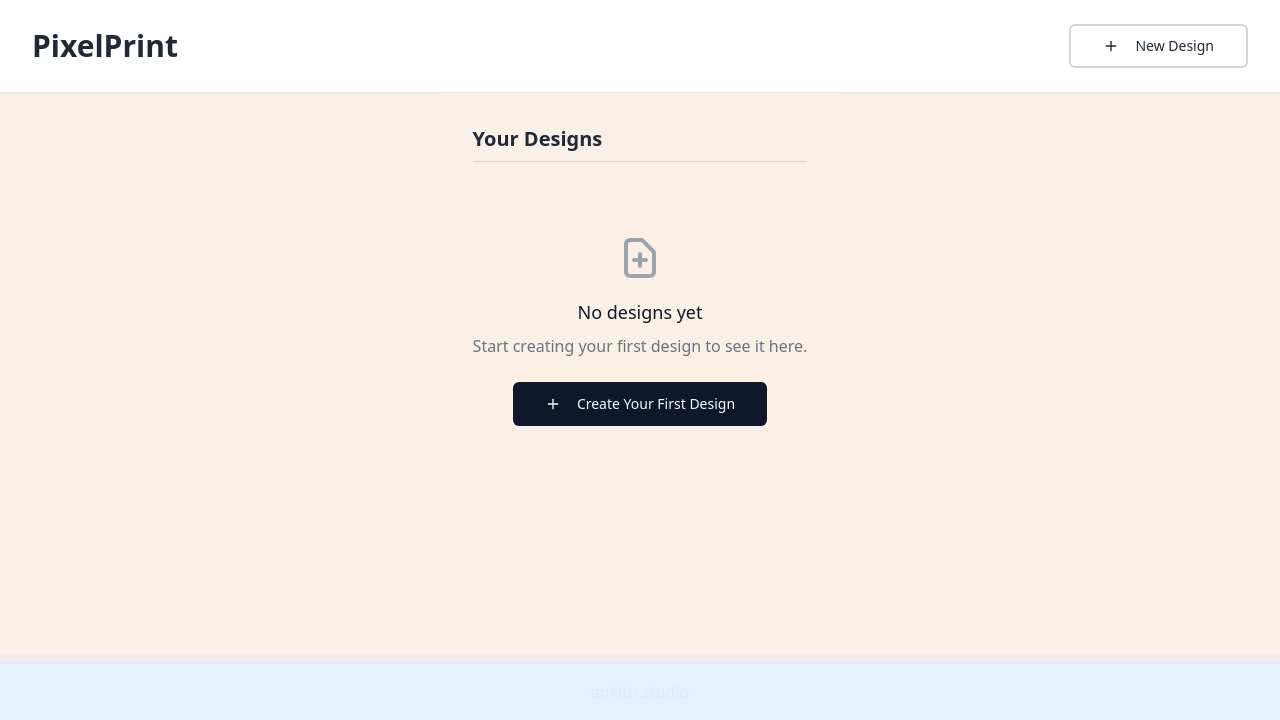
Repository: notankith/pixelprintv3
Page: /
The author's editor kept a copy of each file at every save. The page is drawn from the files as they stood at one save, then again after the next save.
The browser window is 1280 px wide. The pictures show the whole page.
The page's requests for data from a server got no answer. The project was rebuilt for these pictures with package versions that can differ from the ones it lists, and the page was loaded fresh each time. No one was signed in, and anything a server would have sent is missing. Also part of the build but not shown: vite.config.ts, src/components/ui/tooltip.tsx, src/components/ui/badge.tsx, src/components/canvas/CanvasEditor.tsx, src/components/ui/input.tsx, src/components/ui/label.tsx, src/components/ui/select.tsx, src/components/ui/checkbox.tsx and 5 more.

Above is the page before, as saved 2025-09-06 14:36:09.

### index.html
<!DOCTYPE html>
<html lang="en">
  <head>
    <meta charset="UTF-8" />
    <meta name="viewport" content="width=device-width, initial-scale=1.0" />
    <title>pixelprint-designer</title>
    <meta name="description" content="Lovable Generated Project" />
    <meta name="author" content="Lovable" />

    <meta property="og:title" content="pixelprint-designer" />
    <meta property="og:description" content="Lovable Generated Project" />
    <meta property="og:type" content="website" />
    <meta property="og:image" content="https://lovable.dev/opengraph-image-p98pqg.png" />

    <meta name="twitter:card" content="summary_large_image" />
    <meta name="twitter:site" content="@lovable_dev" />
    <meta name="twitter:image" content="https://lovable.dev/opengraph-image-p98pqg.png" />
  </head>

  <body>
    <div id="root"></div>
    <script type="module" src="/src/main.tsx"></script>
  </body>
</html>

### src/components/ui/toaster.tsx
import { useToast } from "@/hooks/use-toast"
import {
  Toast,
  ToastClose,
  ToastDescription,
  ToastProvider,
  ToastTitle,
  ToastViewport,
} from "@/components/ui/toast"

export function Toaster() {
  const { toasts } = useToast()

  return (
    <ToastProvider>
      {toasts.map(function ({ id, title, description, action, ...props }) {
        return (
          <Toast key={id} {...props}>
            <div className="grid gap-1">
              {title && <ToastTitle>{title}</ToastTitle>}
              {description && (
                <ToastDescription>{description}</ToastDescription>
              )}
            </div>
            {action}
            <ToastClose />
          </Toast>
        )
      })}
      <ToastViewport />
    </ToastProvider>
  )
}

### src/components/ui/sonner.tsx
import { useTheme } from "next-themes"
import { Toaster as Sonner, toast } from "sonner"

type ToasterProps = React.ComponentProps<typeof Sonner>

const Toaster = ({ ...props }: ToasterProps) => {
  const { theme = "system" } = useTheme()

  return (
    <Sonner
      theme={theme as ToasterProps["theme"]}
      className="toaster group"
      toastOptions={{
        classNames: {
          toast:
            "group toast group-[.toaster]:bg-background group-[.toaster]:text-foreground group-[.toaster]:border-border group-[.toaster]:shadow-lg",
          description: "group-[.toast]:text-muted-foreground",
          actionButton:
            "group-[.toast]:bg-primary group-[.toast]:text-primary-foreground",
          cancelButton:
            "group-[.toast]:bg-muted group-[.toast]:text-muted-foreground",
        },
      }}
      {...props}
    />
  )
}

export { Toaster, toast }

### src/pages/Index.tsx
import AppContainer from '@/components/AppContainer';

const Index = () => {
  return <AppContainer />;
};

export default Index;

### src/components/AppContainer.tsx
import React, { useState } from 'react';
import { Dashboard } from '@/components/Dashboard';
import { StickerDesigner } from '@/components/StickerDesigner';
import { Design } from '@/components/StickerDesigner';

type View = 'dashboard' | 'editor';

const AppContainer: React.FC = () => {
  const [currentView, setCurrentView] = useState<View>('dashboard');
  const [currentDesign, setCurrentDesign] = useState<Design | undefined>();

  const handleNavigateToEditor = (design?: Design) => {
    setCurrentDesign(design);
    setCurrentView('editor');
  };

  const handleNavigateToDashboard = () => {
    setCurrentView('dashboard');
    setCurrentDesign(undefined);
  };

  return (
    <div className="w-full h-full">
      {currentView === 'dashboard' ? (
        <Dashboard onNavigateToEditor={handleNavigateToEditor} />
      ) : (
        <StickerDesigner
          initialDesign={currentDesign}
          onNavigateBack={handleNavigateToDashboard}
        />
      )}
    </div>
  );
};

export default AppContainer;

### src/components/Dashboard.tsx
import React, { useState, useEffect } from 'react';
import { Button } from '@/components/ui/button';
import { Card, CardContent, CardHeader, CardTitle } from '@/components/ui/card';
import { Badge } from '@/components/ui/badge';
import { Separator } from '@/components/ui/separator';
import { Edit, Trash2, Printer, Plus, ExternalLink, RefreshCw } from 'lucide-react';
import { supabase } from '@/integrations/supabase/client';
import { toast } from 'sonner';
import { Design, DesignElement } from './StickerDesigner';
import { generateCanvasThumbnail, printDesign } from '@/utils/canvasUtils';
import { simplePrintDesign } from '@/utils/simplePrint';

interface DashboardProps {
  onNavigateToEditor: (design?: Design) => void;
}

interface SavedDesign extends Design {
  thumbnail?: string;
  created_at?: string;
  updated_at?: string;
}

export const Dashboard: React.FC<DashboardProps> = ({ onNavigateToEditor }) => {
  const [designs, setDesigns] = useState<SavedDesign[]>([]);
  const [isLoading, setIsLoading] = useState(true);
  const [generatingThumbnails, setGeneratingThumbnails] = useState<Set<string>>(new Set());

  // Load designs on component mount
  useEffect(() => {
    loadDesigns();
  }, []);

  const loadDesigns = async () => {
    try {
      setIsLoading(true);
      const { data, error } = await supabase
        .from('designs')
        .select('*')
        .order('created_at', { ascending: false });

      if (error) throw error;

      const formattedDesigns: SavedDesign[] = data.map(d => ({
        id: d.id,
        name: d.name,
        canvasWidth: d.canvas_width,
        canvasHeight: d.canvas_height,
        elements: Array.isArray(d.elements) ? (d.elements as unknown as DesignElement[]) : [],
        thumbnail: d.thumbnail_url,
        created_at: d.created_at,
        updated_at: d.updated_at,
      }));

      setDesigns(formattedDesigns);
    } catch (error) {
      console.error('Error loading designs:', error);
      toast.error('Failed to load designs');
    } finally {
      setIsLoading(false);
    }
  };

  const handleEdit = (design: SavedDesign) => {
    onNavigateToEditor(design);
  };

  const handleDelete = async (designId: string, designName: string) => {
    if (!window.confirm(`Are you sure you want to delete "${designName}"?`)) {
      return;
    }

    try {
      const { error } = await supabase
        .from('designs')
        .delete()
        .eq('id', designId);

      if (error) throw error;

      setDesigns(prev => prev.filter(d => d.id !== designId));
      toast.success('Design deleted successfully');
    } catch (error) {
      console.error('Error deleting design:', error);
      toast.error('Failed to delete design');
    }
  };

  const handleQuickPrint = async (design: SavedDesign) => {
    try {
      console.log('🖨️ Quick Print requested for design:', design.id);
      console.log('📋 Design data:', {
        name: design.name,
        canvasWidth: design.canvasWidth,
        canvasHeight: design.canvasHeight,
        elementsCount: design.elements?.length || 0
      });

      // Use the simple print function for testing
      await simplePrintDesign(design);
      console.log('✅ Print completed successfully');

    } catch (error) {
      console.error('❌ Error with Quick Print:', error);
      toast.error(error.message || 'Failed to print. Please try again.');
    }
  };

  const generateNewThumbnail = async (design: SavedDesign) => {
    if (generatingThumbnails.has(design.id)) return;

    setGeneratingThumbnails(prev => new Set(prev).add(design.id));

    try {
      const thumbnailDataURL = await generateCanvasThumbnail(design);

      // Update the design with the generated thumbnail
      setDesigns(prev => prev.map(d =>
        d.id === design.id ? { ...d, thumbnail: thumbnailDataURL } : d
      ));

      // Optionally save thumbnail to database
      await supabase
        .from('designs')
        .update({ thumbnail_url: thumbnailDataURL })
        .eq('id', design.id);

    } catch (error) {
      console.error('Error generating thumbnail:', error);
    } finally {
      setGeneratingThumbnails(prev => {
        const next = new Set(prev);
        next.delete(design.id);
        return next;
      });
    }
  };

  const renderThumbnail = (design: SavedDesign) => {
    const isGenerating = generatingThumbnails.has(design.id);

    // Always use the saved thumbnail_url if available
    if (design.thumbnail) {
      return (
        <div className="relative">
          <div className="w-full h-40 bg-pastel-pink rounded-md border-2 border-pastel-purple overflow-hidden">
            <img
              src={design.thumbnail}
              alt={design.name}
              className="w-full h-full object-contain"
              style={{
                imageRendering: 'crisp-edges'
              }}
            />
          </div>
          <Button
            variant="ghost"
            size="sm"
            onClick={() => generateNewThumbnail(design)}
            className="absolute top-1 right-1 h-6 w-6 p-0 bg-pastel-yellow hover:bg-pastel-blue border border-pastel-purple"
            disabled={isGenerating}
          >
            <RefreshCw className={`h-3 w-3 ${isGenerating ? 'animate-spin' : ''}`} />
          </Button>
        </div>
      );
    }

    // Create a simple thumbnail representation
    const elementCount = design.elements.length;
    const hasText = design.elements.some(e => e.type === 'text');
    const hasImage = design.elements.some(e => e.type === 'image');

    return (
      <div className="relative w-full h-40 bg-pastel-pink border-2 border-pastel-purple rounded-md flex flex-col items-center justify-center text-pastel-purple text-sm">
        <div className="font-medium">{design.canvasWidth} × {design.canvasHeight}</div>
        <div className="mt-1">
          {elementCount} element{elementCount !== 1 ? 's' : ''}
        </div>
        <div className="flex gap-1 mt-1">
          {hasText && <Badge variant="secondary" className="text-xs bg-pastel-blue text-pastel-purple">Text</Badge>}
          {hasImage && <Badge variant="secondary" className="text-xs bg-pastel-green text-pastel-purple">Image</Badge>}
        </div>
        <Button
          variant="outline"
          size="sm"
          onClick={() => generateNewThumbnail(design)}
          className="mt-2 h-6 text-xs border-2 border-pastel-purple bg-pastel-yellow text-pastel-purple hover:bg-pastel-blue"
          disabled={isGenerating}
        >
          {isGenerating ? (
            <>
              <RefreshCw className="h-3 w-3 animate-spin mr-1" />
              Generating...
            </>
          ) : (
            'Generate Preview'
          )}
        </Button>
      </div>
    );
  };

  const formatDate = (dateString?: string) => {
    if (!dateString) return 'Unknown';
    return new Date(dateString).toLocaleDateString('en-US', {
      year: 'numeric',
      month: 'short',
      day: 'numeric',
    });
  };

  return (
    <div className="min-h-screen flex flex-col" style={{ backgroundColor: '#faf0e6' }}>
      {/* Header */}
      <div className="bg-white shadow-sm border-b border-gray-200">
        <div className="max-w-7xl mx-auto px-4 sm:px-6 lg:px-8 py-6">
          <div className="flex flex-col sm:flex-row sm:items-center sm:justify-between">
            <div>
              <h1 className="text-3xl font-bold text-gray-800">PixelPrint</h1>
            </div>
            <Button
              onClick={() => onNavigateToEditor()}
              className="mt-4 sm:mt-0 bg-white hover:bg-gray-50 text-gray-800 border-2 border-gray-300"
              size="lg"
            >
              <Plus className="h-4 w-4 mr-2" />
              New Design
            </Button>
          </div>
        </div>
      </div>
      {/* Main Content */}
      <div className="max-w-7xl mx-auto px-4 sm:px-6 lg:px-8 py-8 flex-1" style={{ backgroundColor: '#faf0e6' }}>
        <div className="mb-6">
          <h2 className="text-xl font-semibold text-gray-800 mb-2">Your Designs</h2>
          <Separator className="bg-gray-300" />
        </div>

        {isLoading ? (
          <div className="grid grid-cols-1 md:grid-cols-2 lg:grid-cols-3 xl:grid-cols-4 gap-6">
            {[...Array(8)].map((_, i) => (
              <Card key={i} className="animate-pulse">
                <CardContent className="p-4">
                  <div className="w-full h-32 bg-gray-200 rounded-md mb-4"></div>
                  <div className="h-4 bg-gray-200 rounded mb-2"></div>
                  <div className="h-3 bg-gray-200 rounded w-2/3 mb-4"></div>
                  <div className="flex gap-2">
                    <div className="h-8 bg-gray-200 rounded flex-1"></div>
                    <div className="h-8 bg-gray-200 rounded w-8"></div>
                    <div className="h-8 bg-gray-200 rounded w-8"></div>
                  </div>
                </CardContent>
              </Card>
            ))}
          </div>
        ) : designs.length === 0 ? (
          <div className="text-center py-12">
            <div className="max-w-md mx-auto">
              <div className="mb-4 text-gray-400">
                <svg className="mx-auto h-12 w-12" fill="none" viewBox="0 0 24 24" stroke="currentColor">
                  <path strokeLinecap="round" strokeLinejoin="round" strokeWidth={2} d="M9 13h6m-3-3v6m5 5H7a2 2 0 01-2-2V5a2 2 0 012-2h5.586a1 1 0 01.707.293l5.414 5.414a1 1 0 01.293.707V19a2 2 0 01-2 2z" />
                </svg>
              </div>
              <h3 className="text-lg font-medium text-gray-900 mb-2">No designs yet</h3>
              <p className="text-gray-500 mb-6">Start creating your first design to see it here.</p>
              <Button onClick={() => onNavigateToEditor()} size="lg">
                <Plus className="h-4 w-4 mr-2" />
                Create Your First Design
              </Button>
            </div>
          </div>
        ) : (
          <div className="grid grid-cols-1 md:grid-cols-2 lg:grid-cols-3 xl:grid-cols-4 gap-6">
            {designs.map((design) => (
              <Card key={design.id} className="hover:shadow-lg transition-shadow duration-200 border-2 border-gray-200 bg-white">
                <CardHeader className="pb-3 bg-gray-50 rounded-t-md">
                  <div className="aspect-video">
                    {renderThumbnail(design)}
                  </div>
                </CardHeader>
                <CardContent className="pt-0 bg-white rounded-b-md">
                  <div className="mb-3">
                    <h3 className="font-medium text-gray-800 truncate" title={design.name}>
                      {design.name}
                    </h3>
                    <p className="text-sm text-gray-600 mt-1">
                      Modified {formatDate(design.updated_at)}
                    </p>
                  </div>
                  <div className="flex gap-2">
                    <Button
                      variant="default"
                      size="sm"
                      onClick={() => handleEdit(design)}
                      className="flex-1 bg-white hover:bg-gray-50 text-gray-800 border-2 border-gray-300"
                    >
                      <Edit className="h-3 w-3 mr-1" />
                      Edit
                    </Button>
                    <Button
                      variant="outline"
                      size="sm"
                      onClick={() => handleDelete(design.id, design.name)}
                      className="px-2 hover:bg-red-50 hover:border-red-200 border-2 border-gray-300 bg-white"
                    >
                      <Trash2 className="h-3 w-3 text-red-500" />
                    </Button>
                  </div>
                </CardContent>
              </Card>
            ))}
          </div>
        )}
      </div>
      {/* Footer separator and credits at the extreme bottom */}
      <div className="w-full h-2 bg-pastel-purple opacity-40 mt-8" />
      <footer className="w-full bg-pastel-blue text-center py-4 mt-0 border-t-2 border-pastel-purple">
        <a href="https://ankith.studio" target="_blank" rel="noopener noreferrer" className="text-pastel-purple font-medium hover:underline">
          ankith.studio
        </a>
      </footer>
    </div>
  );
};

### src/components/ui/button.tsx
import * as React from "react"
import { Slot } from "@radix-ui/react-slot"
import { cva, type VariantProps } from "class-variance-authority"

import { cn } from "@/lib/utils"

const buttonVariants = cva(
  "inline-flex items-center justify-center gap-2 whitespace-nowrap rounded-md text-sm font-medium ring-offset-background transition-colors focus-visible:outline-none focus-visible:ring-2 focus-visible:ring-ring focus-visible:ring-offset-2 disabled:pointer-events-none disabled:opacity-50 [&_svg]:pointer-events-none [&_svg]:size-4 [&_svg]:shrink-0",
  {
    variants: {
      variant: {
        default: "bg-primary text-primary-foreground hover:bg-primary/90",
        destructive:
          "bg-destructive text-destructive-foreground hover:bg-destructive/90",
        outline:
          "border border-input bg-background hover:bg-accent hover:text-accent-foreground",
        secondary:
          "bg-secondary text-secondary-foreground hover:bg-secondary/80",
        ghost: "hover:bg-accent hover:text-accent-foreground",
        link: "text-primary underline-offset-4 hover:underline",
      },
      size: {
        default: "h-10 px-4 py-2",
        sm: "h-9 rounded-md px-3",
        lg: "h-11 rounded-md px-8",
        icon: "h-10 w-10",
      },
    },
    defaultVariants: {
      variant: "default",
      size: "default",
    },
  }
)

export interface ButtonProps
  extends React.ButtonHTMLAttributes<HTMLButtonElement>,
    VariantProps<typeof buttonVariants> {
  asChild?: boolean
}

const Button = React.forwardRef<HTMLButtonElement, ButtonProps>(
  ({ className, variant, size, asChild = false, ...props }, ref) => {
    const Comp = asChild ? Slot : "button"
    return (
      <Comp
        className={cn(buttonVariants({ variant, size, className }))}
        ref={ref}
        {...props}
      />
    )
  }
)
Button.displayName = "Button"

export { Button, buttonVariants }

### src/components/ui/card.tsx
import * as React from "react"

import { cn } from "@/lib/utils"

const Card = React.forwardRef<
  HTMLDivElement,
  React.HTMLAttributes<HTMLDivElement>
>(({ className, ...props }, ref) => (
  <div
    ref={ref}
    className={cn(
      "rounded-lg border bg-card text-card-foreground shadow-sm",
      className
    )}
    {...props}
  />
))
Card.displayName = "Card"

const CardHeader = React.forwardRef<
  HTMLDivElement,
  React.HTMLAttributes<HTMLDivElement>
>(({ className, ...props }, ref) => (
  <div
    ref={ref}
    className={cn("flex flex-col space-y-1.5 p-6", className)}
    {...props}
  />
))
CardHeader.displayName = "CardHeader"

const CardTitle = React.forwardRef<
  HTMLParagraphElement,
  React.HTMLAttributes<HTMLHeadingElement>
>(({ className, ...props }, ref) => (
  <h3
    ref={ref}
    className={cn(
      "text-2xl font-semibold leading-none tracking-tight",
      className
    )}
    {...props}
  />
))
CardTitle.displayName = "CardTitle"

const CardDescription = React.forwardRef<
  HTMLParagraphElement,
  React.HTMLAttributes<HTMLParagraphElement>
>(({ className, ...props }, ref) => (
  <p
    ref={ref}
    className={cn("text-sm text-muted-foreground", className)}
    {...props}
  />
))
CardDescription.displayName = "CardDescription"

const CardContent = React.forwardRef<
  HTMLDivElement,
  React.HTMLAttributes<HTMLDivElement>
>(({ className, ...props }, ref) => (
  <div ref={ref} className={cn("p-6 pt-0", className)} {...props} />
))
CardContent.displayName = "CardContent"

const CardFooter = React.forwardRef<
  HTMLDivElement,
  React.HTMLAttributes<HTMLDivElement>
>(({ className, ...props }, ref) => (
  <div
    ref={ref}
    className={cn("flex items-center p-6 pt-0", className)}
    {...props}
  />
))
CardFooter.displayName = "CardFooter"

export { Card, CardHeader, CardFooter, CardTitle, CardDescription, CardContent }

### src/components/ui/separator.tsx
import * as React from "react"
import * as SeparatorPrimitive from "@radix-ui/react-separator"

import { cn } from "@/lib/utils"

const Separator = React.forwardRef<
  React.ElementRef<typeof SeparatorPrimitive.Root>,
  React.ComponentPropsWithoutRef<typeof SeparatorPrimitive.Root>
>(
  (
    { className, orientation = "horizontal", decorative = true, ...props },
    ref
  ) => (
    <SeparatorPrimitive.Root
      ref={ref}
      decorative={decorative}
      orientation={orientation}
      className={cn(
        "shrink-0 bg-border",
        orientation === "horizontal" ? "h-[1px] w-full" : "h-full w-[1px]",
        className
      )}
      {...props}
    />
  )
)
Separator.displayName = SeparatorPrimitive.Root.displayName

export { Separator }

### src/integrations/supabase/client.ts
// This file is automatically generated. Do not edit it directly.
import { createClient } from '@supabase/supabase-js';
import type { Database } from './types';

const SUPABASE_URL = "https://avxvritfxevmpjsfamhx.supabase.co";
const SUPABASE_PUBLISHABLE_KEY = "eyJhbGciOiJIUzI1NiIsInR5cCI6IkpXVCJ9.eyJpc3MiOiJzdXBhYmFzZSIsInJlZiI6ImF2eHZyaXRmeGV2bXBqc2ZhbWh4Iiwicm9sZSI6ImFub24iLCJpYXQiOjE3NTU3ODE2NDEsImV4cCI6MjA3MTM1NzY0MX0.f3hsTas44dBlwV0csJUwDhOkCGD-eJdBaqgJPSMSJwk";

// Import the supabase client like this:
// import { supabase } from "@/integrations/supabase/client";

export const supabase = createClient<Database>(SUPABASE_URL, SUPABASE_PUBLISHABLE_KEY, {
  auth: {
    storage: localStorage,
    persistSession: true,
    autoRefreshToken: true,
  }
});

Loaded but not shown: src/main.tsx (common file); src/App.tsx (common file); src/index.css (common file); src/hooks/use-toast.ts (common file); src/lib/utils.ts (common file); src/utils/canvasUtils.ts (725 lines, source omitted); src/utils/canvasManager.ts (264 lines, source omitted); src/components/ui/toast.tsx (127 lines, source omitted); src/utils/simplePrint.ts (90 lines, source omitted); tailwind.config.ts (108 lines, source omitted)

After the next save:
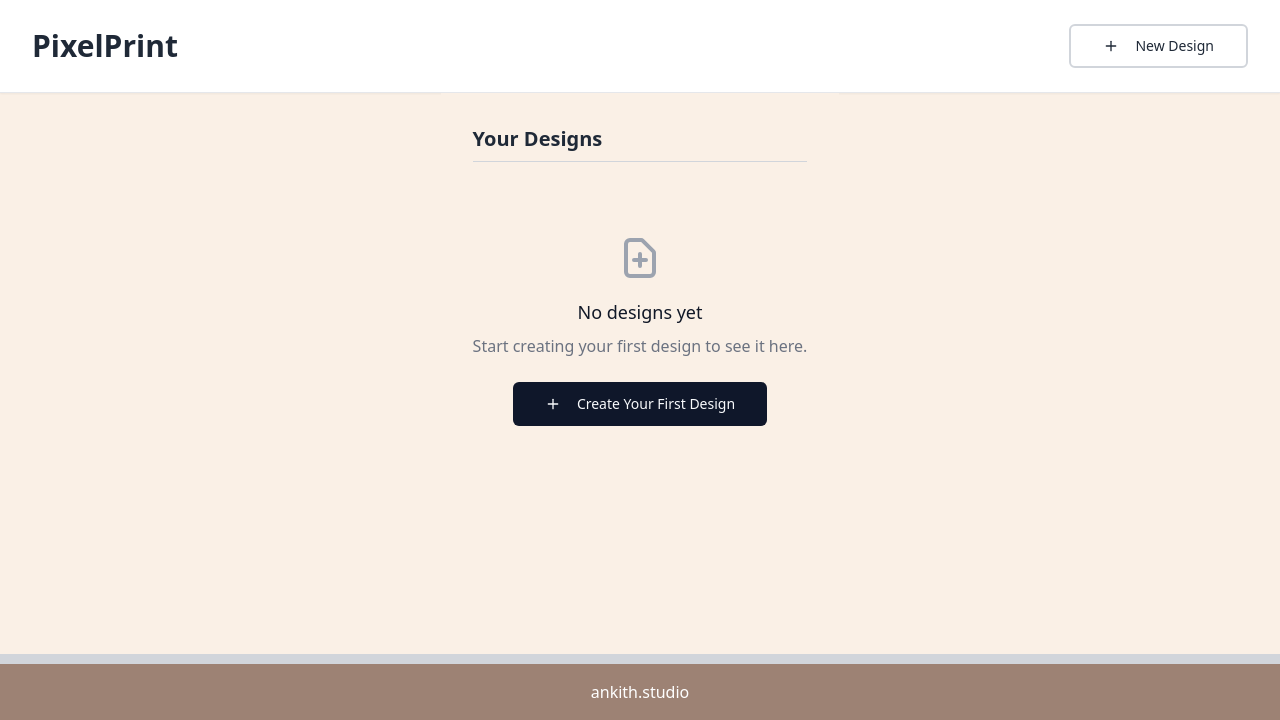
Saved 6 s later.
--- a/src/components/Dashboard.tsx
+++ b/src/components/Dashboard.tsx
@@ -313,9 +313,9 @@ export const Dashboard: React.FC<DashboardProps> = ({ onNavigateToEditor }) => {
         )}
       </div>
       {/* Footer separator and credits at the extreme bottom */}
-      <div className="w-full h-2 bg-pastel-purple opacity-40 mt-8" />
-      <footer className="w-full bg-pastel-blue text-center py-4 mt-0 border-t-2 border-pastel-purple">
-        <a href="https://ankith.studio" target="_blank" rel="noopener noreferrer" className="text-pastel-purple font-medium hover:underline">
+      <div className="w-full h-2 bg-gray-300 mt-8" />
+      <footer className="w-full text-center py-4 mt-0 border-t-2 border-gray-300" style={{ backgroundColor: '#9d8274' }}>
+        <a href="https://ankith.studio" target="_blank" rel="noopener noreferrer" className="text-white font-medium hover:underline">
           ankith.studio
         </a>
       </footer>
